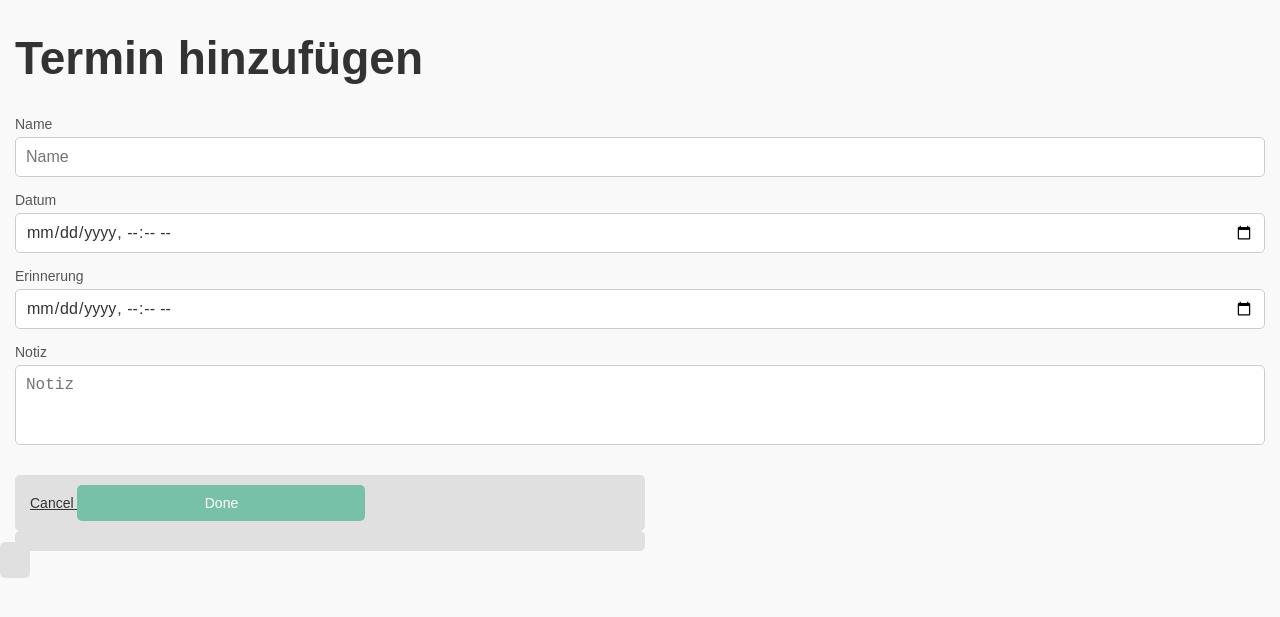
Repository: jakemoes/Pet-Tracker
Page: PWA/addAppointment.html
An editor plug-in stored every save of this project. The page is shown before and after a run of saves, followed by the edit.
The browser window is 1280 px wide. The pictures show the whole page.

Above is the page before, as saved 2024-12-06 19:47:07.

After the next 2 saves:
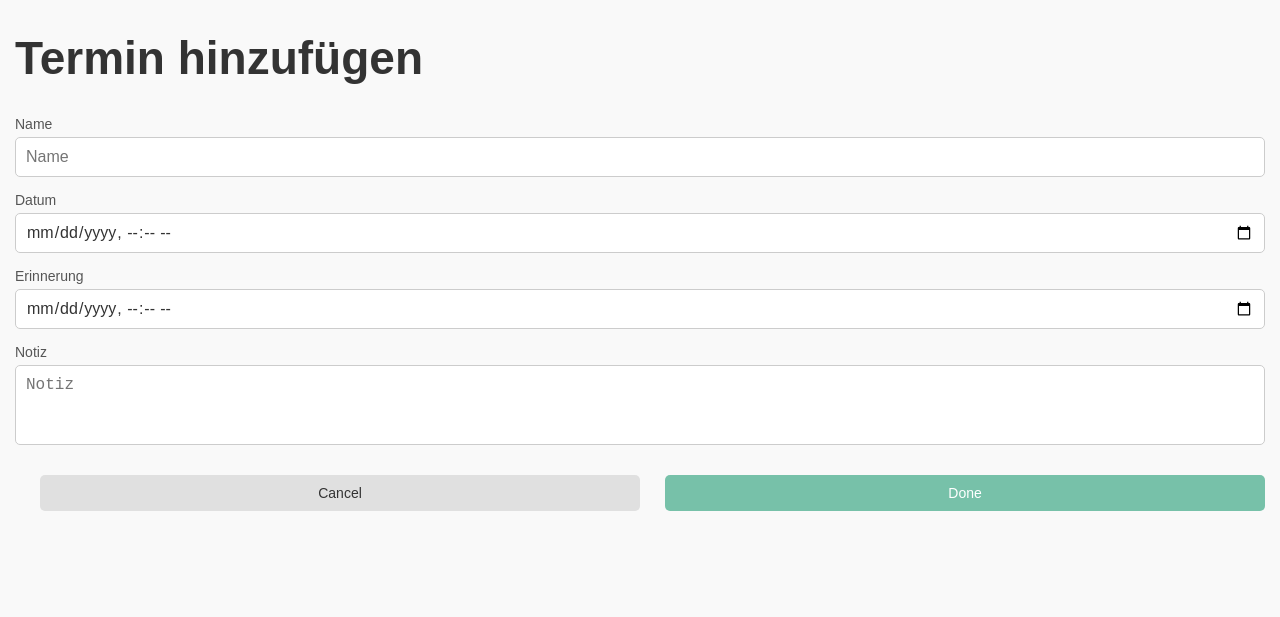
The 2 saves are shown as one change because they came seconds apart.
The last was saved 7 s later.
--- a/PWA/addAppointment.html
+++ b/PWA/addAppointment.html
@@ -23,8 +23,9 @@
             <textarea id="notiz" name="notiz" placeholder="Notiz"></textarea>
 
             <div class="button-container">
-                <a href="appointment.html"
+                <a href="appointment.html"></a>
                 <button type="button" class="cancel-btn">Cancel</button>
+
                 <button type="submit" class="done-btn">Done</button>
             </div>
         </form>
